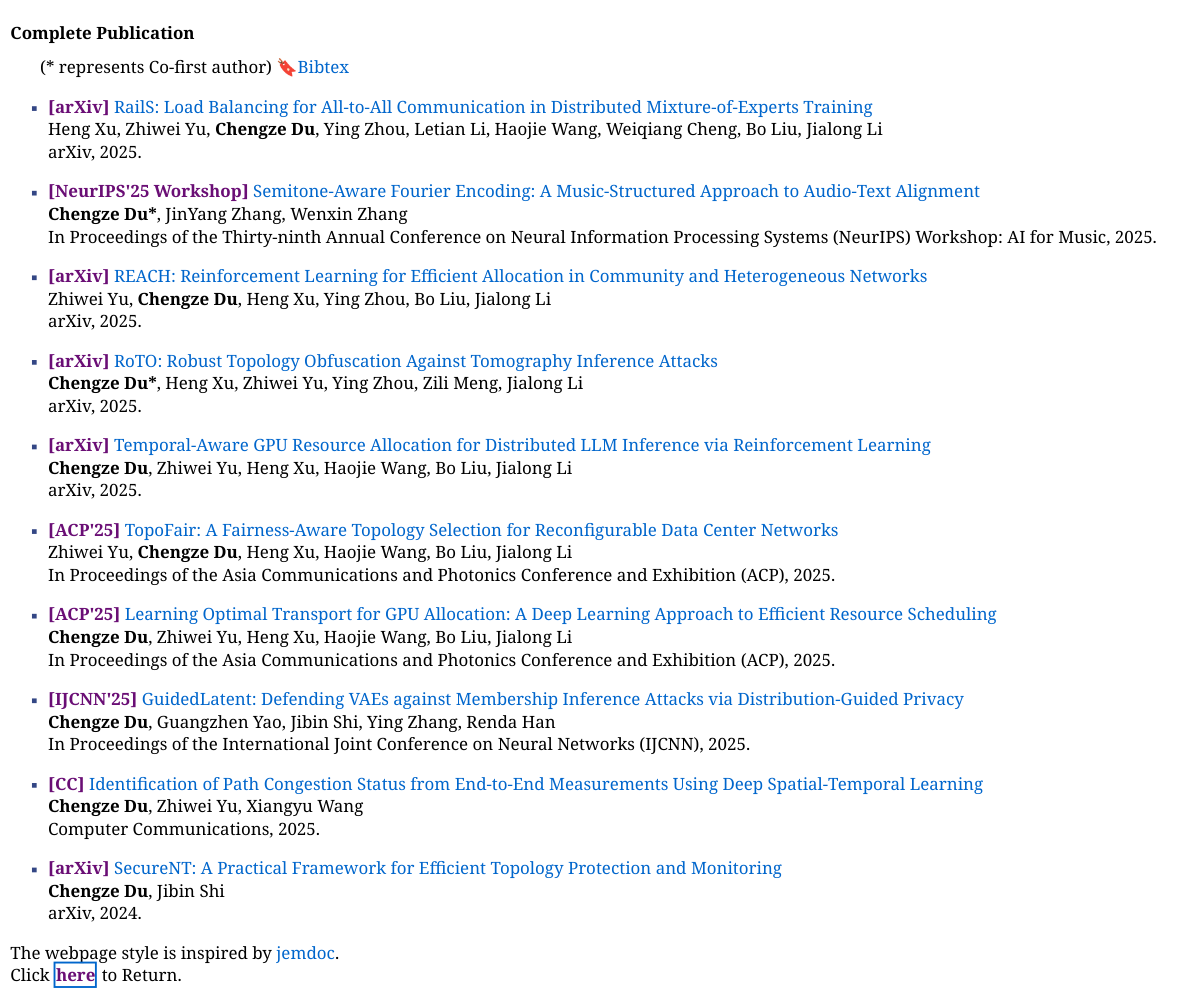
Repository: Monickar/Monickar.github.io
Page: FullPaperList.html
An editor plug-in stored every save of this project. The page is shown before and after the next save, followed by the edit.
The browser window is 1280 px wide. The pictures show the whole page, at 94% of full size.

Above is the page before, as saved 2025-10-24 13:12:09.

After the next save:
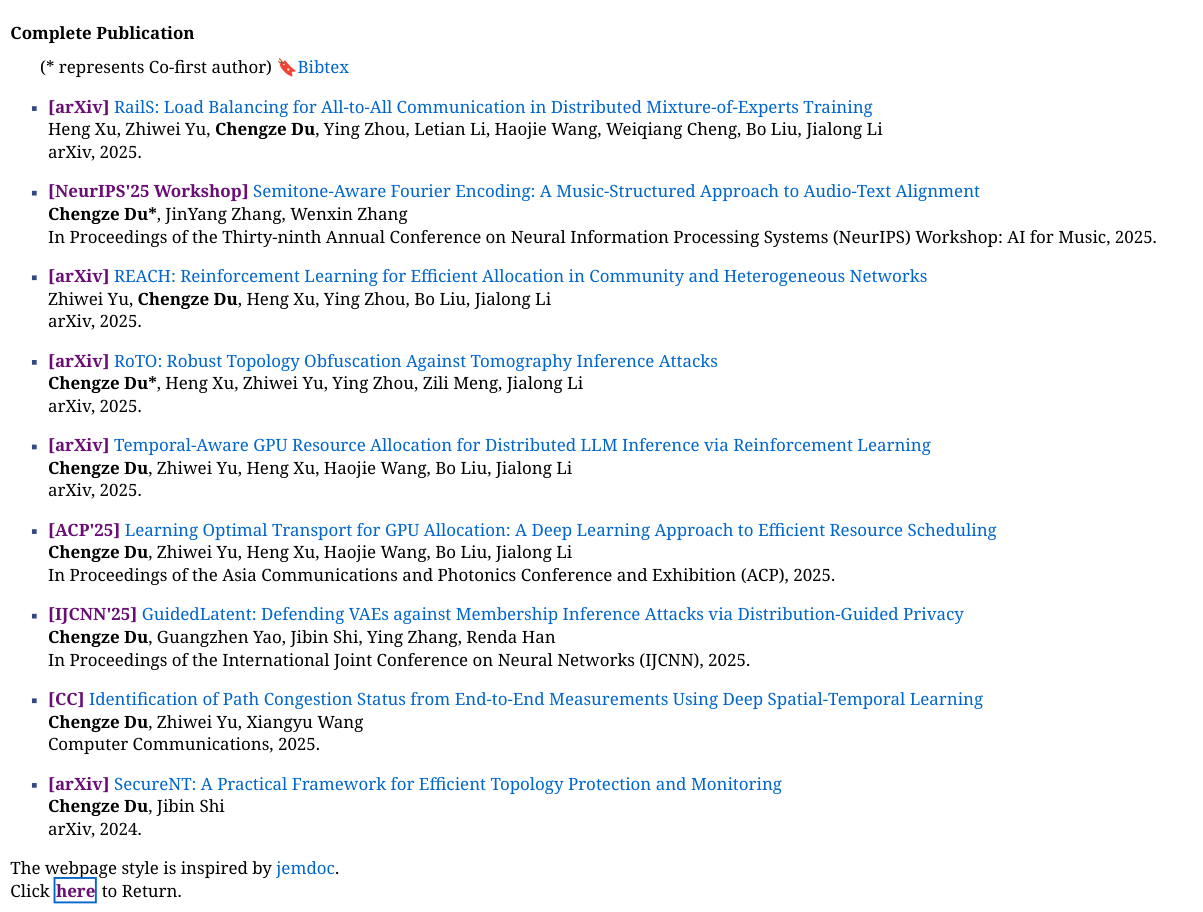
Saved 58 s later.
--- a/FullPaperList.html
+++ b/FullPaperList.html
@@ -90,12 +90,6 @@
 arXiv, 2025.</p></li>
 
 
-<li><p><span>[ACP'25] </span><a href="">TopoFair: A Fairness-Aware Topology Selection for Reconfigurable Data Center Networks</a><br>
- Zhiwei Yu, <strong>Chengze Du</strong>, Heng Xu, Haojie Wang, Bo Liu, Jialong Li<br>
-In Proceedings of the Asia Communications and Photonics Conference and Exhibition (ACP), 2025.
-<br>
-</p></li>
-
 <li><p><span>[ACP'25] </span><a href="">Learning Optimal Transport for GPU Allocation: A Deep Learning Approach to Efficient Resource Scheduling</a><br>
 <strong>Chengze Du</strong>, Zhiwei Yu, Heng Xu, Haojie Wang, Bo Liu, Jialong Li<br>
 In Proceedings of the Asia Communications and Photonics Conference and Exhibition (ACP), 2025.
